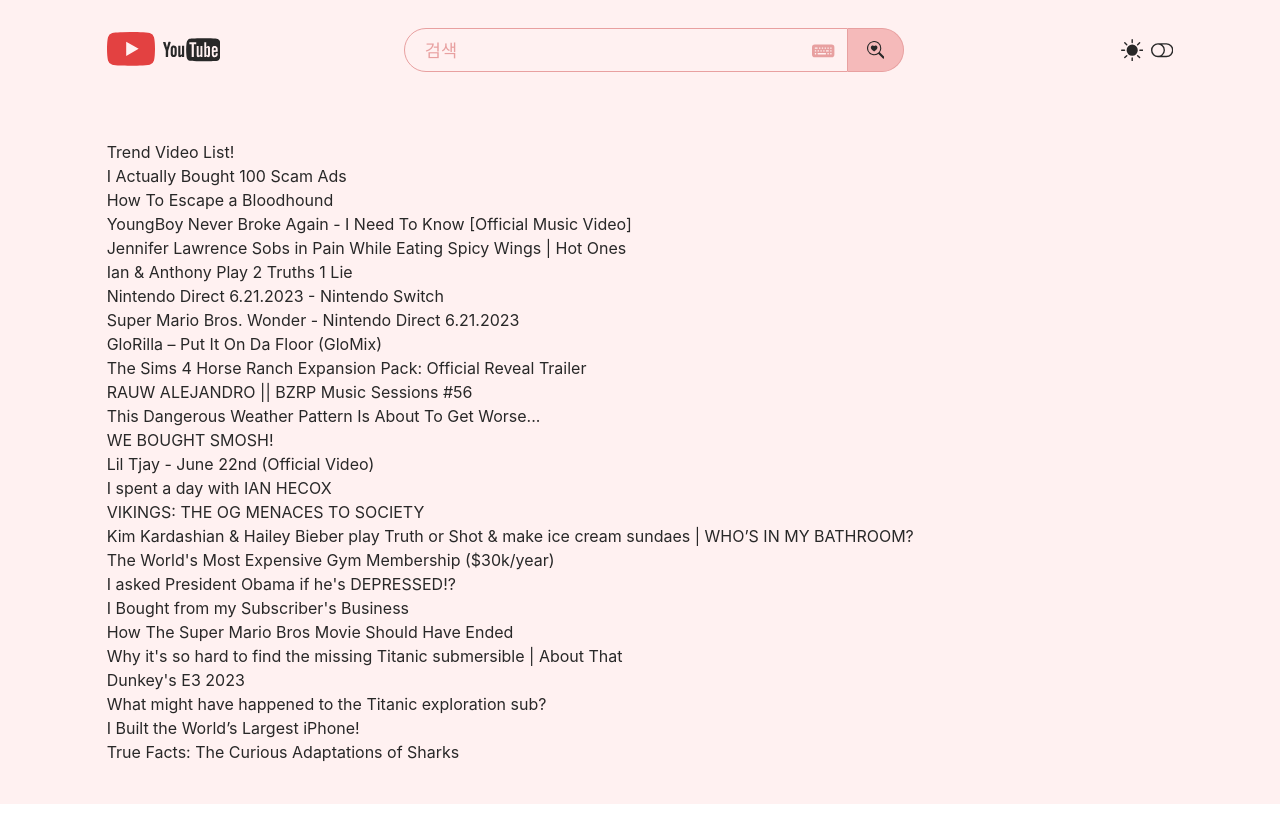
Repository: dnjfht/self-youtube
Page: /
An editor plug-in stored every save of this project. The page is shown before and after the next save, followed by the edit.
The browser window is 1280 px wide. The pictures show the whole page.
The project was rebuilt for these pictures with package versions that can differ from the ones it lists, and the page was loaded fresh each time. Also part of the build but not shown: src/page/Detail.jsx, src/page/NotFoundPage.jsx.

Above is the page before, as saved 2023-06-24 18:17:43.

### src/App.js
import { RouterProvider, createBrowserRouter } from "react-router-dom";
import Videos from "./page/Videos";
import Root from "./page/Root";
import Detail from "./page/Detail";
import NotFoundPage from "./page/NotFoundPage";

function App() {
  const router = createBrowserRouter([
    {
      path: "/",
      element: <Root />,
      children: [
        { index: true, element: <Videos /> },
        { path: "/videos", element: <Videos /> },
        { path: "/videos/:keyword", element: <Videos /> },
        { path: "/videos/watch/:videoId", element: <Detail /> },
        { path: "*", element: <NotFoundPage /> },
      ],
    },
  ]);
  return <RouterProvider router={router} />;
}

export default App;

### src/page/Videos.jsx
import React, { useContext } from "react";
import { useParams } from "react-router-dom";
import { DarkModeContext } from "../context/DarkModeContext";
import { useQuery } from "@tanstack/react-query";
import VideoCard from "../components/VideoCard";
import { search } from "../api/youtube";

export default function Home() {
  const { keyword } = useParams();
  const { darkMode } = useContext(DarkModeContext);

  const {
    error,
    isLoading,
    data: videos,
  } = useQuery(["videos", keyword], () => search(keyword));

  return (
    <div
      className={`${
        darkMode ? "bg-[#0f0f0f] text-white" : "bg-[#fff1f1] text-[#282828]"
      } mt-[100px]`}
    >
      <div className="w-10/12 mx-auto py-[40px]">
        <h2>{keyword ? `${keyword} Video List!` : "Trend Video List!"}</h2>

        {videos && (
          <ul>
            {videos.map((video) => (
              <VideoCard video={video} />
            ))}
          </ul>
        )}
      </div>
    </div>
  );
}

### src/page/Root.jsx
import React from "react";
import Navbar from "../components/Navbar";
import { Outlet } from "react-router-dom";
import { DarkModeProvider } from "../context/DarkModeContext";
import { QueryClient, QueryClientProvider } from "@tanstack/react-query";

const queryClient = new QueryClient();

export default function Root() {
  return (
    <QueryClientProvider client={queryClient}>
      <DarkModeProvider>
        <div className="w-full h-[100vh]">
          <Navbar />
          <Outlet />
        </div>
      </DarkModeProvider>
    </QueryClientProvider>
  );
}

### src/context/DarkModeContext.js
import { createContext, useEffect, useState } from "react";

export const DarkModeContext = createContext();

export function DarkModeProvider({ children }) {
  const [darkMode, setDarkMode] = useState(true);

  const toggleDarkMode = () => {
    setDarkMode((prev) => !prev);
    updateDarkMode(!darkMode);
  };

  useEffect(() => {
    // 스토리지가 다크 모드인지, 웹사이트가 다크 모드인지 등
    // 사용자의 브라우저 세팅 값을 판단한 다음에
    // 다크 모드인지 아닌지를 확인
    const isDark =
      localStorage.theme === "dark" ||
      (!("theme" in localStorage) &&
        window.matchMedia("(prefers-color-scheme: dark)").matches);

    setDarkMode(isDark);
    // 우산 안에 담고 있는 React 내부 상태에 다크 모드 업데이트

    updateDarkMode(isDark);
    // 웹페이지에 있는 html에 dark라는 class를 넣을 건지 안 넣을 건지를 판단하는 함수도 부가적으로 호출
  }, []);

  return (
    <DarkModeContext.Provider value={{ darkMode, toggleDarkMode }}>
      {children}
    </DarkModeContext.Provider>
  );
}

function updateDarkMode(darkMode) {
  if (darkMode) {
    document.documentElement.classList.add("dark");
    // 토글링(업데이트)이 될 때마다 로컬 스토리지에도 저장을 해줌.
    // 로컬 스토리지에 저장을 해주면 새로고침을 해도 상태를 기억하고 있음.
    localStorage.theme = "dark";
  } else {
    document.documentElement.classList.remove("dark");
    localStorage.theme = "light";
  }
}

### src/components/VideoCard.jsx
import React from "react";

export default function VideoCard({ video }) {
  const { title } = video.snippet;

  return <li key={video.id}>{title}</li>;
}

### src/api/youtube.js
import axios from "axios";

export async function search(keyword) {
  return axios //
    .get(`/videos/${keyword ? "keyword" : "mostPopular"}.json`)
    .then((res) => res.data.items);
}

### src/components/Navbar.jsx
import React, { useContext, useEffect, useState } from "react";
import {
  BsYoutube,
  BsSearchHeart,
  BsToggleOff,
  BsToggleOn,
  BsKeyboardFill,
  BsFillMoonStarsFill,
  BsBrightnessHighFill,
} from "react-icons/bs";
import { ImYoutube2 } from "react-icons/im";
import { CiSearch } from "react-icons/ci";
import { GoX } from "react-icons/go";
import { DarkModeContext } from "../context/DarkModeContext";
import { useNavigate, useParams } from "react-router-dom";

export default function Navbar() {
  const { darkMode, toggleDarkMode } = useContext(DarkModeContext);
  const [text, setText] = useState("");
  const [focusOn, setFocusOn] = useState(false);

  const navigate = useNavigate();
  const { keyword } = useParams();

  const handleChangeText = (e) => {
    setText(e.target.value);
  };

  const handleClickSearch = (e) => {
    e.preventDefault();

    navigate(`/videos/${text}`);
  };

  const handleClickDeleteText = (e) => {
    e.preventDefault();

    setText("");
  };

  useEffect(() => {
    // if (keyword === undefined) {
    //   return setText("");
    // }
    // return setText(keyword);

    setText(keyword || "");
  }, [keyword]);
  console.log(text);

  return (
    <div
      className={`${
        darkMode ? "bg-[#0f0f0f] text-white" : "bg-[#fff1f1] text-[#282828]"
      } w-full h-[100px] fixed top-0 left-0 z-[999999]`}
    >
      <div className="w-10/12 h-[100%] py-[20px] box-border mx-auto flex justify-between items-center">
        <div
          className="flex items-center cursor-pointer"
          onClick={() => {
            navigate("/");
          }}
        >
          <BsYoutube className="text-[#e34141] text-[3rem]" />
          <ImYoutube2 className="text-[3.6rem] ml-2" />
        </div>

        <form
          className="w-6/12 h-[44px] relative flex items-center"
          onSubmit={handleClickSearch}
        >
          <input
            className={`${
              focusOn
                ? "w-[86%] pl-10 border-[#3d39b2]"
                : "w-5/6 pl-5 border-[#e8a0a0]"
            } h-[100%] py-5 pr-5 box-border rounded-l-full outline-none bg-transparent border-[1px] border-solid text-[#cd6f6f] text-[1.1rem] placeholder:text-[#e8a0a0]`}
            type="text"
            placeholder="검색"
            value={text}
            onChange={handleChangeText}
            onFocus={() => {
              setFocusOn(true);
            }}
            onBlur={() => {
              setFocusOn(false);
            }}
          />
          <div
            className={`${
              focusOn ? "opacity-100" : "opacity-0"
            } absolute top-[50%] mt-[-11px] left-3 text-[1.4rem] text-[#e8a0a0] transition-all duration-700`}
          >
            <CiSearch />
          </div>
          <div
            className={`${
              text.length > 0 && focusOn
                ? "right-[19%]"
                : text.length > 0 && focusOn === false
                ? "right-[22%]"
                : text.length <= 0 && focusOn
                ? "right-[16.2%]"
                : "right-[19.2%]"
            } absolute top-[50%] mt-[-11px] text-[1.4rem] text-[#e8a0a0]`}
          >
            <BsKeyboardFill />
          </div>
          <button
            onClick={handleClickDeleteText}
            className={`${
              text.length > 0 && focusOn
                ? "opacity-100 right-[15%]"
                : text.length > 0 && focusOn === false
                ? "opacity-100 right-[18%]"
                : "opacity-0 right-[18%]"
            }
            } absolute top-[50%] mt-[-11px] text-[1.4rem] text-[#e8a0a0] transition-all duration-700`}
          >
            <GoX />
          </button>

          <button className="w-14 h-full bg-[#f1a5a5b6] text-[1.1rem] border-y-[1px] border-r-[1px] border-solid border-[#e8a0a0] flex justify-center items-center rounded-r-full">
            <BsSearchHeart />
          </button>
        </form>

        <button
          onClick={toggleDarkMode}
          className="text-[1.4rem] flex items-center"
        >
          {darkMode ? <BsFillMoonStarsFill /> : <BsBrightnessHighFill />}
          <div className="ml-2">
            {darkMode ? <BsToggleOn /> : <BsToggleOff />}
          </div>
        </button>
      </div>
    </div>
  );
}

Loaded but not shown: public/index.html (common file); src/index.js (common file); src/index.css (common file); src/reportWebVitals.js (common file); tailwind.config.js (common file); public/videos/mostPopular.json (1541 lines, source omitted)

After the next save:
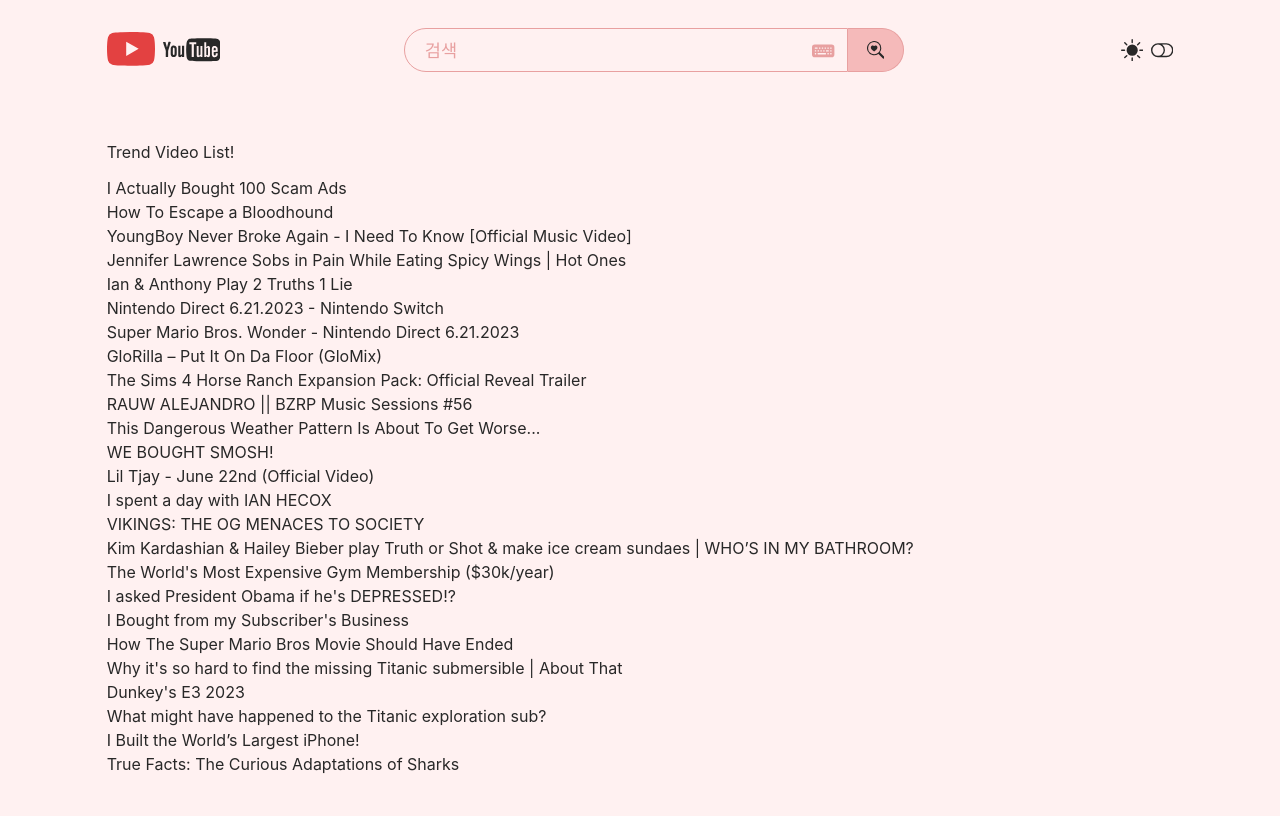
Saved 20 s later.
--- a/src/page/Videos.jsx
+++ b/src/page/Videos.jsx
@@ -22,7 +22,9 @@
       } mt-[100px]`}
     >
       <div className="w-10/12 mx-auto py-[40px]">
-        <h2>{keyword ? `${keyword} Video List!` : "Trend Video List!"}</h2>
+        <h2 className="mb-3">
+          {keyword ? `${keyword} Video List!` : "Trend Video List!"}
+        </h2>
 
         {videos && (
           <ul>
